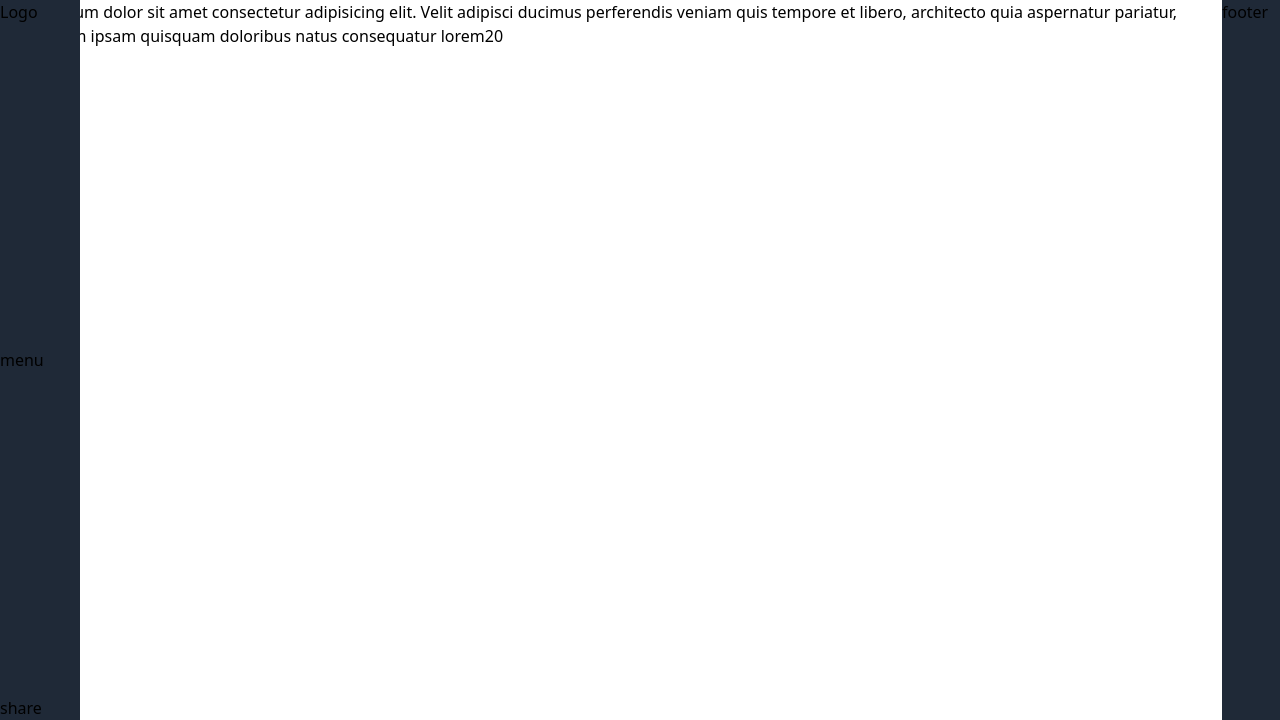
Repository: linco6054/template-tailwindcss
Page: index.html
These files come from the project's save history. The page is drawn as it stood at one moment and after a run of saves; the edit follows.
The browser window is 1280 px wide. The pictures show the whole page.

Above is the page before, as saved 2021-08-17 13:47:46.

After the next 2 saves:
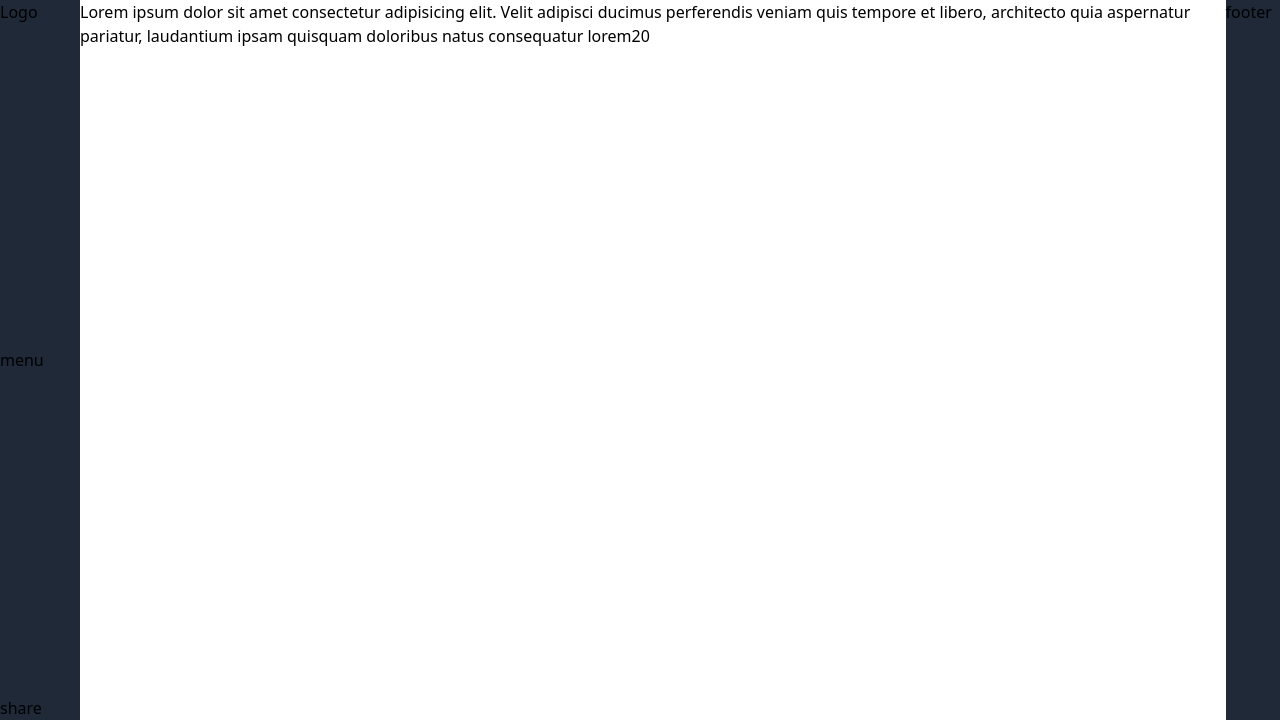
The 2 saves are shown as one change because they came seconds apart.
The last was saved 7 s later.
--- a/index.html
+++ b/index.html
@@ -31,7 +31,7 @@
       <div>menu</div>
       <div>share</div>
     </nav>
-    <div class="flex-auto min-h-screen md:">
+    <div class="flex-auto min-h-screen md:ml-20">
       Lorem ipsum dolor sit amet consectetur adipisicing elit. Velit adipisci
       ducimus perferendis veniam quis tempore et libero, architecto quia
       aspernatur pariatur, laudantium ipsam quisquam doloribus natus consequatur
